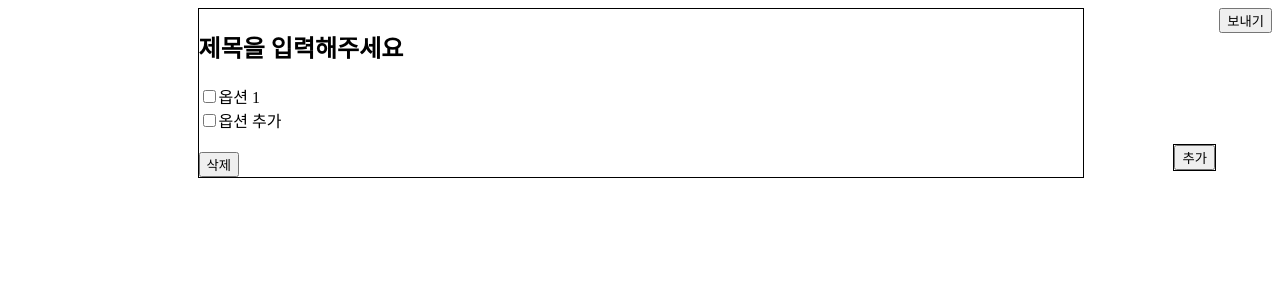
Repository: binigy97/VoteStie
Page: voteWeb/src/main/resources/static/index.html
An editor plug-in stored every save of this project. The page is shown before and after the next save, followed by the edit.
The browser window is 1280 px wide. The pictures show the whole page.

Above is the page before, as saved 2022-02-23 22:10:54.

### voteWeb/src/main/resources/static/index.html
<!DOCTYPE html>
<html lang="ko">
<head>
<meta charset="UTF-8">
<title>투표 사이트</title>
</head>
<style>
header {
	heigth: 30px;
}
header > button {
	float: right;
}
section {
	width: 70%;
	margin: 0 auto;
}
article {
	border: 1px solid black;
}
section > article {
	width: 100%;
}
body > article {
	position: absolute;
	top: 20%;
	right: 5%;
}
div > label {
	display: block;
	color: black;
}
div > label:last-child {
	margin-bottom: 20px;
}
</style>
<body>
<header>
	<button>보내기</button>
</header>
<!-- 투표 내용 생성 -->
<section>
	<article>
		<h2>제목을 입력해주세요</h2>
		<div>
			<label><input type="checkbox" name="op1" value="옵션 1">옵션 1</label>
			<label><input type="checkbox" name="add_btn" value="옵션 추가">옵션 추가</label>
		</div>
		<div>
			<button>삭제</button>
		</div>
	</article>
</section>
<!-- 투표지 추가 -->
<article>
	<button>추가</button>
</article>
</body>
</html>

After the next save:
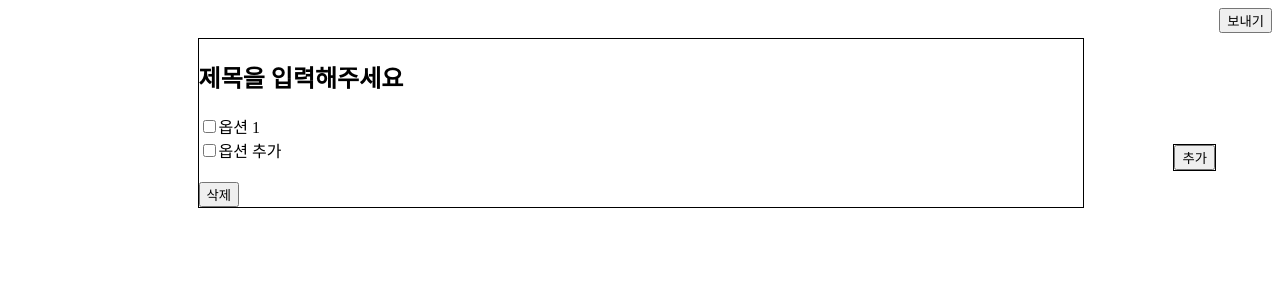
Saved 14 s later.
--- a/voteWeb/src/main/resources/static/index.html
+++ b/voteWeb/src/main/resources/static/index.html
@@ -6,7 +6,7 @@
 </head>
 <style>
 header {
-	heigth: 30px;
+	height: 30px;
 }
 header > button {
 	float: right;
